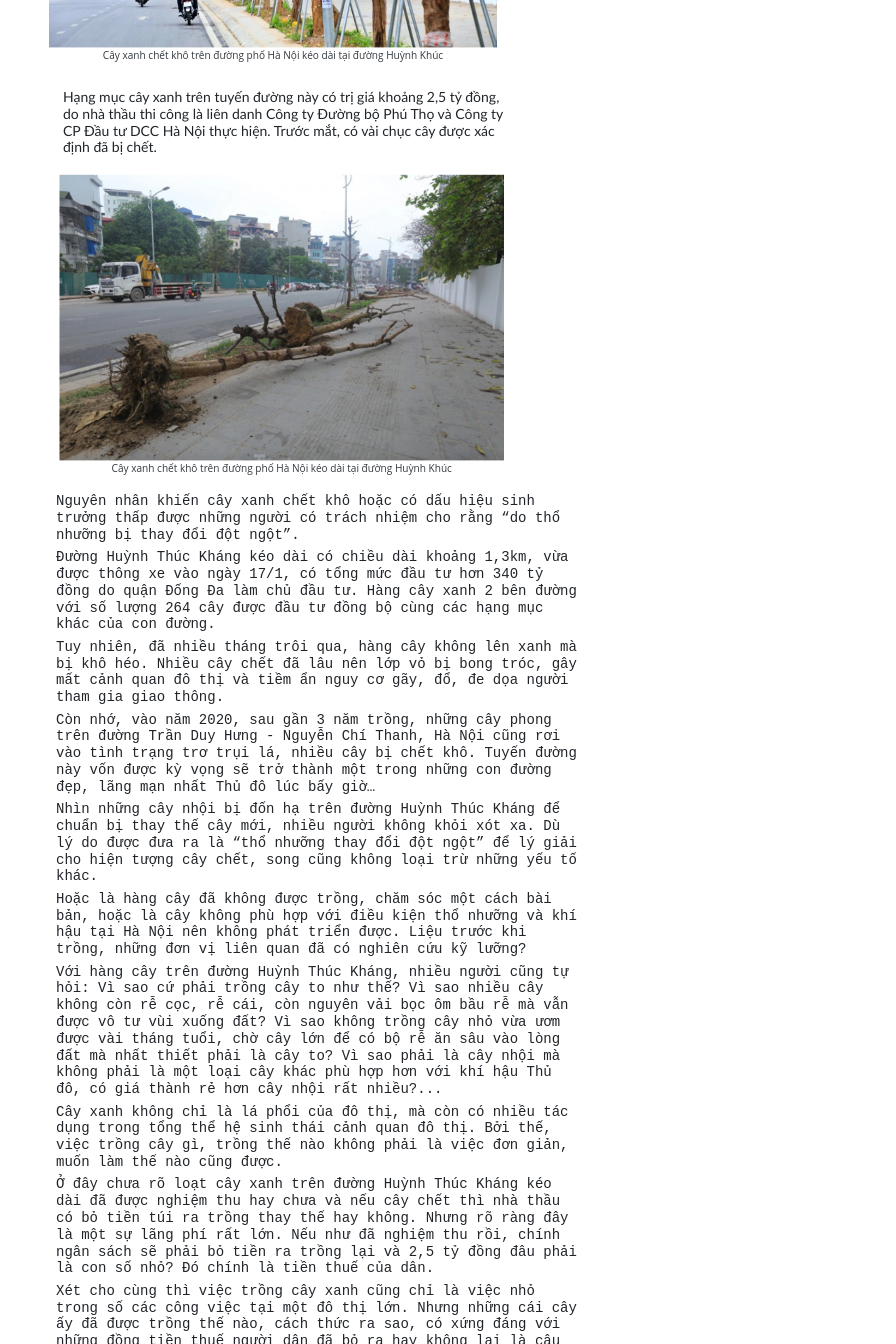
Repository: TRITO719/18_TrinhQuocToan_20081631
Page: So37/html/caykho.html
The author's editor kept a copy of each file at every save. The page is drawn from the files as they stood at one save, then again after the next save.
The browser window is 1280 px wide. The pictures show the part of the page from y = 674 to 2594 px (the page is 3626 px tall before and 3502 px after), at 70% of full size.

Above is the page before, as saved 2023-04-19 13:18:01.

After the next save:
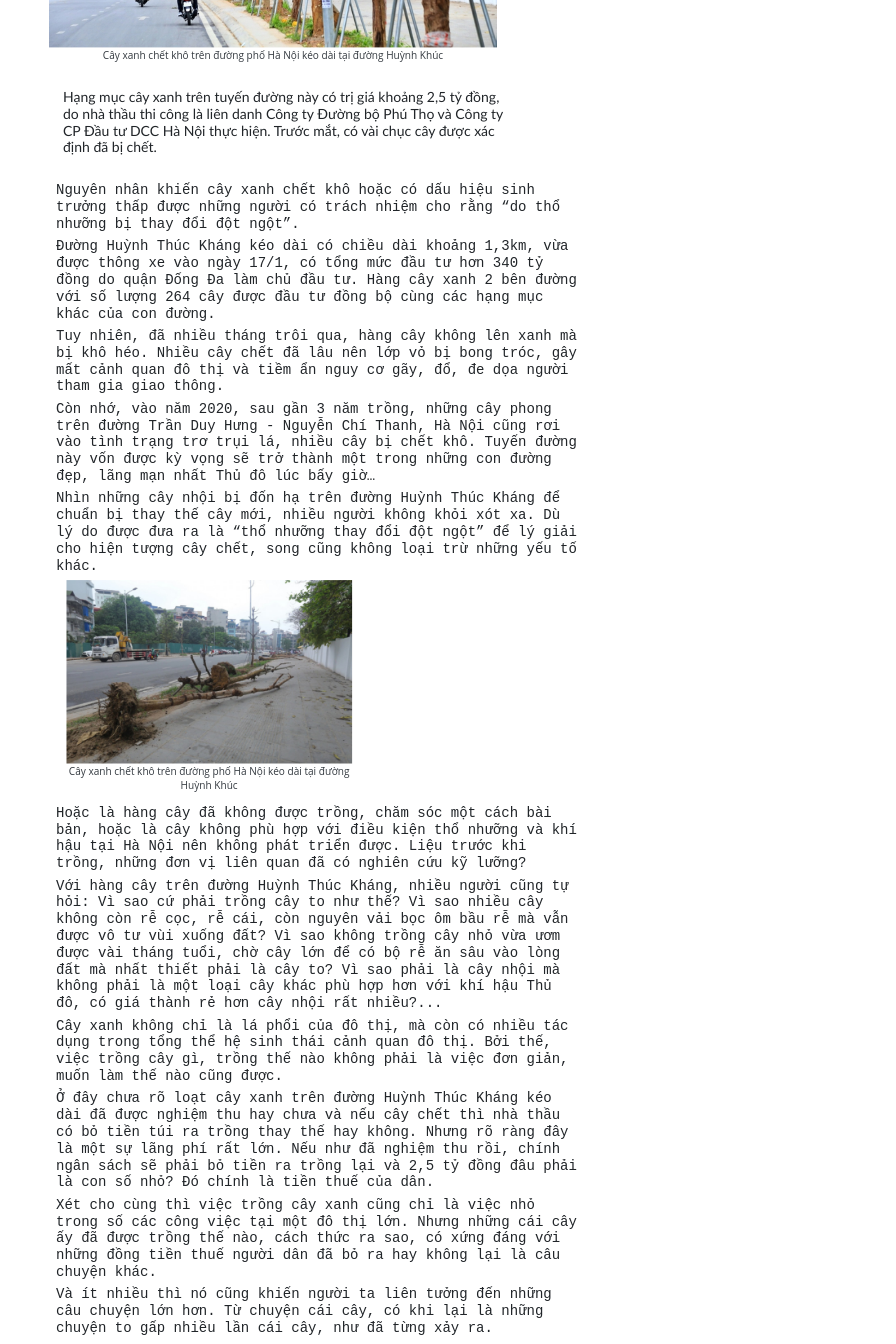
Saved 2 days later.
--- a/So37/html/caykho.html
+++ b/So37/html/caykho.html
@@ -102,7 +102,26 @@
             <div class="col-4">
 
             </div>
-            <div class="col-sm-7 col-md-7">
+            <div class="col-4">
+
+            </div>
+            <div class="col-8" style="font-family:monospace; margin: 5px; padding: 5px;">
+                <h5>
+                    Nguyên nhân khiến cây xanh chết khô hoặc có dấu hiệu sinh trưởng thấp được những người có trách nhiệm cho rằng “do thổ nhưỡng bị thay đổi đột ngột”.
+                </h5>
+                <h5>
+                    Đường Huỳnh Thúc Kháng kéo dài có chiều dài khoảng 1,3km, vừa được thông xe vào ngày 17/1, có tổng mức đầu tư hơn 340 tỷ đồng do quận Đống Đa làm chủ đầu tư. Hàng cây xanh 2 bên đường với số lượng 264 cây được đầu tư đồng bộ cùng các hạng mục khác của con đường.
+                </h5>
+                <h5>
+                    Tuy nhiên, đã nhiều tháng trôi qua, hàng cây không lên xanh mà bị khô héo. Nhiều cây chết đã lâu nên lớp vỏ bị bong tróc, gây mất cảnh quan đô thị và tiềm ẩn nguy cơ gãy, đổ, đe dọa người tham gia giao thông.
+                </h5>
+                <h5>
+                    Còn nhớ, vào năm 2020, sau gần 3 năm trồng, những cây phong trên đường Trần Duy Hưng - Nguyễn Chí Thanh, Hà Nội cũng rơi vào tình trạng trơ trụi lá, nhiều cây bị chết khô. Tuyến đường này vốn được kỳ vọng sẽ trở thành một trong những con đường đẹp, lãng mạn nhất Thủ đô lúc bấy giờ…
+                </h5>
+                <h5>
+                    Nhìn những cây nhội bị đốn hạ trên đường Huỳnh Thúc Kháng để chuẩn bị thay thế cây mới, nhiều người không khỏi xót xa. Dù lý do được đưa ra là “thổ nhưỡng thay đổi đột ngột” để lý giải cho hiện tượng cây chết, song cũng không loại trừ những yếu tố khác.
+                </h5>
+                <div class="col-sm-7 col-md-7">
                     <figure>
                         <img src="../img/caykho/img-bgt-2021-cay-xanh-1680532614-width1280height824.jpg" class="d-block w-100 trans" alt="Hình ảnh 1">
                         <figcaption class="figure-caption text-center text-dark ">
@@ -110,25 +129,6 @@
                         </figcaption>
                     </figure>
             </div>
-            <div class="col-4">
-
-            </div>
-            <div class="col-8" style="font-family:monospace; margin: 5px; padding: 5px;">
-                <h5>
-                    Nguyên nhân khiến cây xanh chết khô hoặc có dấu hiệu sinh trưởng thấp được những người có trách nhiệm cho rằng “do thổ nhưỡng bị thay đổi đột ngột”.
-                </h5>
-                <h5>
-                    Đường Huỳnh Thúc Kháng kéo dài có chiều dài khoảng 1,3km, vừa được thông xe vào ngày 17/1, có tổng mức đầu tư hơn 340 tỷ đồng do quận Đống Đa làm chủ đầu tư. Hàng cây xanh 2 bên đường với số lượng 264 cây được đầu tư đồng bộ cùng các hạng mục khác của con đường.
-                </h5>
-                <h5>
-                    Tuy nhiên, đã nhiều tháng trôi qua, hàng cây không lên xanh mà bị khô héo. Nhiều cây chết đã lâu nên lớp vỏ bị bong tróc, gây mất cảnh quan đô thị và tiềm ẩn nguy cơ gãy, đổ, đe dọa người tham gia giao thông.
-                </h5>
-                <h5>
-                    Còn nhớ, vào năm 2020, sau gần 3 năm trồng, những cây phong trên đường Trần Duy Hưng - Nguyễn Chí Thanh, Hà Nội cũng rơi vào tình trạng trơ trụi lá, nhiều cây bị chết khô. Tuyến đường này vốn được kỳ vọng sẽ trở thành một trong những con đường đẹp, lãng mạn nhất Thủ đô lúc bấy giờ…
-                </h5>
-                <h5>
-                    Nhìn những cây nhội bị đốn hạ trên đường Huỳnh Thúc Kháng để chuẩn bị thay thế cây mới, nhiều người không khỏi xót xa. Dù lý do được đưa ra là “thổ nhưỡng thay đổi đột ngột” để lý giải cho hiện tượng cây chết, song cũng không loại trừ những yếu tố khác.
-                </h5>
                 <h5>
                     Hoặc là hàng cây đã không được trồng, chăm sóc một cách bài bản, hoặc là cây không phù hợp với điều kiện thổ nhưỡng và khí hậu tại Hà Nội nên không phát triển được. Liệu trước khi trồng, những đơn vị liên quan đã có nghiên cứu kỹ lưỡng?
                 </h5>
